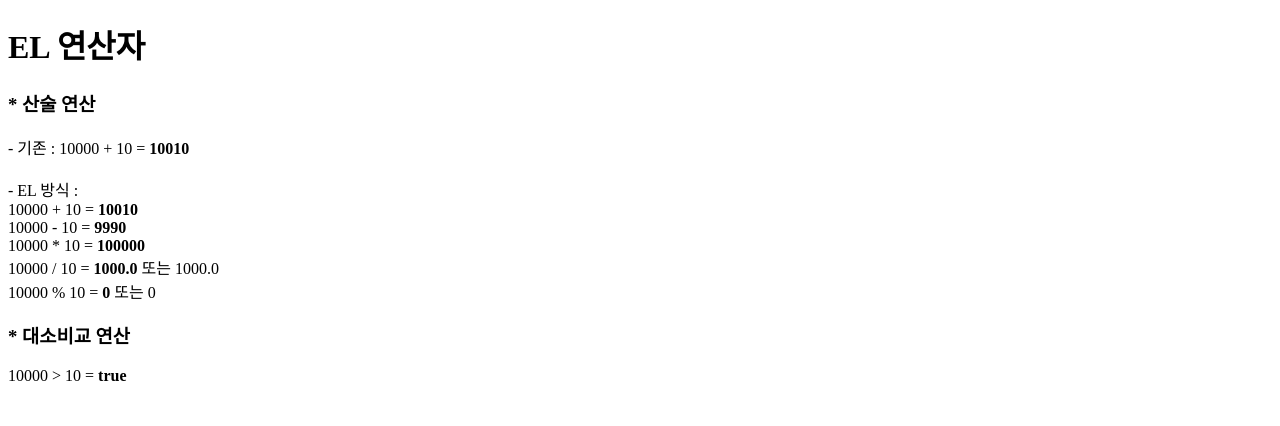
Repository: hailey-516/servlet
Page: http://localhost/3_elAction/operator.do
These files come from the project's save history. The page is drawn as it stood at one moment and after the next save; the edit follows.
The browser window is 1280 px wide. The pictures show the whole page.
The page is served by Tomcat 9.

Above is the page before, as saved 2024-08-26 05:14:26.

After the next save:
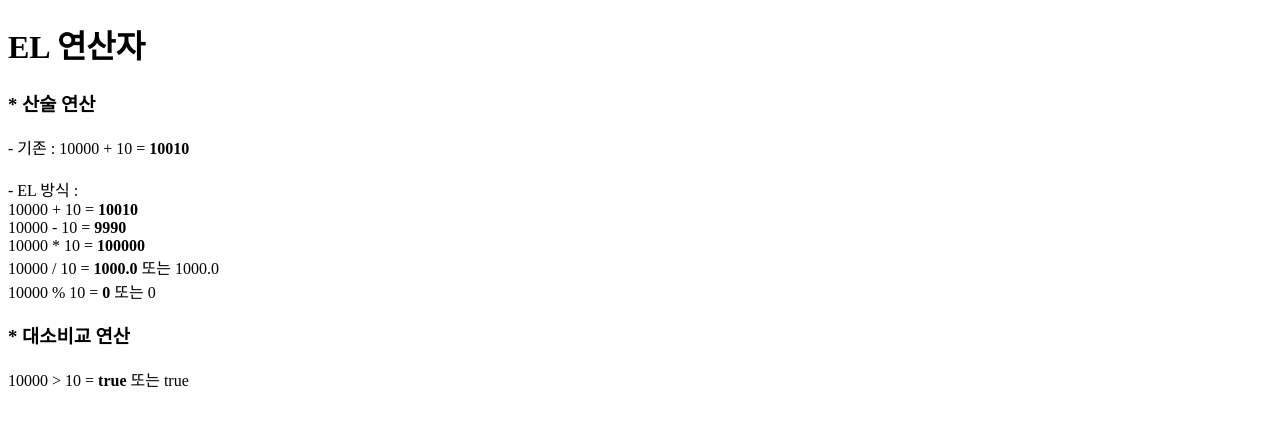
Saved 25 s later.
--- a/3_elAction/src/main/webapp/views/1_EL/02_elOperator.jsp
+++ b/3_elAction/src/main/webapp/views/1_EL/02_elOperator.jsp
@@ -21,7 +21,7 @@
 	10000 % 10 = <b>${ big % small }</b> 또는 ${ big mod small } <br>
 
 	<h3>* 대소비교 연산</h3>
-	10000 &gt; 10 = <b>${ big > small }</b>
+	10000 &gt; 10 = <b>${ big > small }</b> 또는 ${ big gt small }
 
 </body>
 </html>
